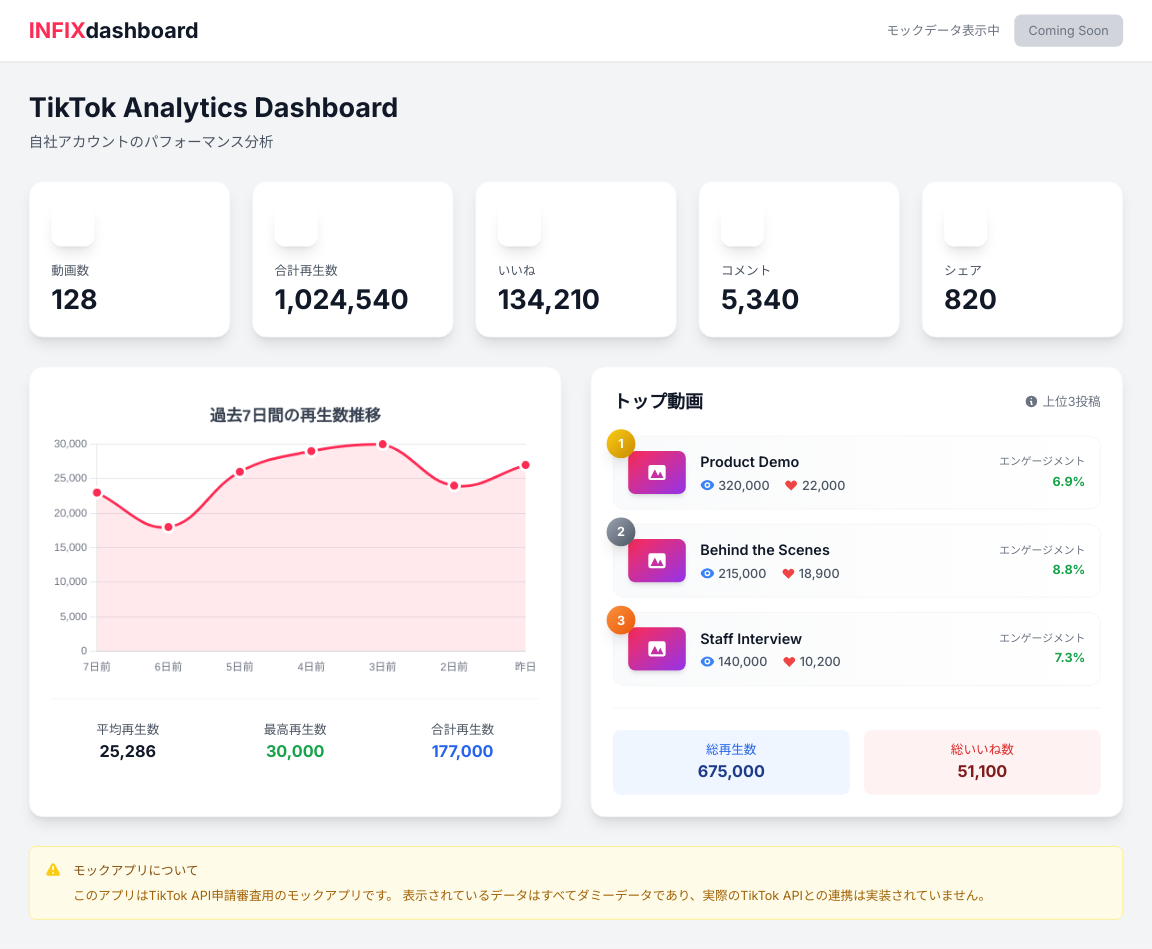
Repository: masayasusuzuki/LogicaMarketingTool
Page: /dashboard
The author's editor kept a copy of each file at every save. The page is drawn from the files as they stood at one save, then again after the next save.
The browser window is 1280 px wide. The pictures show the whole page, at 90% of full size.
The project was rebuilt for these pictures with package versions that can differ from the ones it lists, and the page was loaded fresh each time. The framework's server and built-in components were replaced by stand-ins that run in the browser. Also part of the build but not shown: next.config.js.

Above is the page before, as saved 2025-08-07 12:24:11.

After the next save:
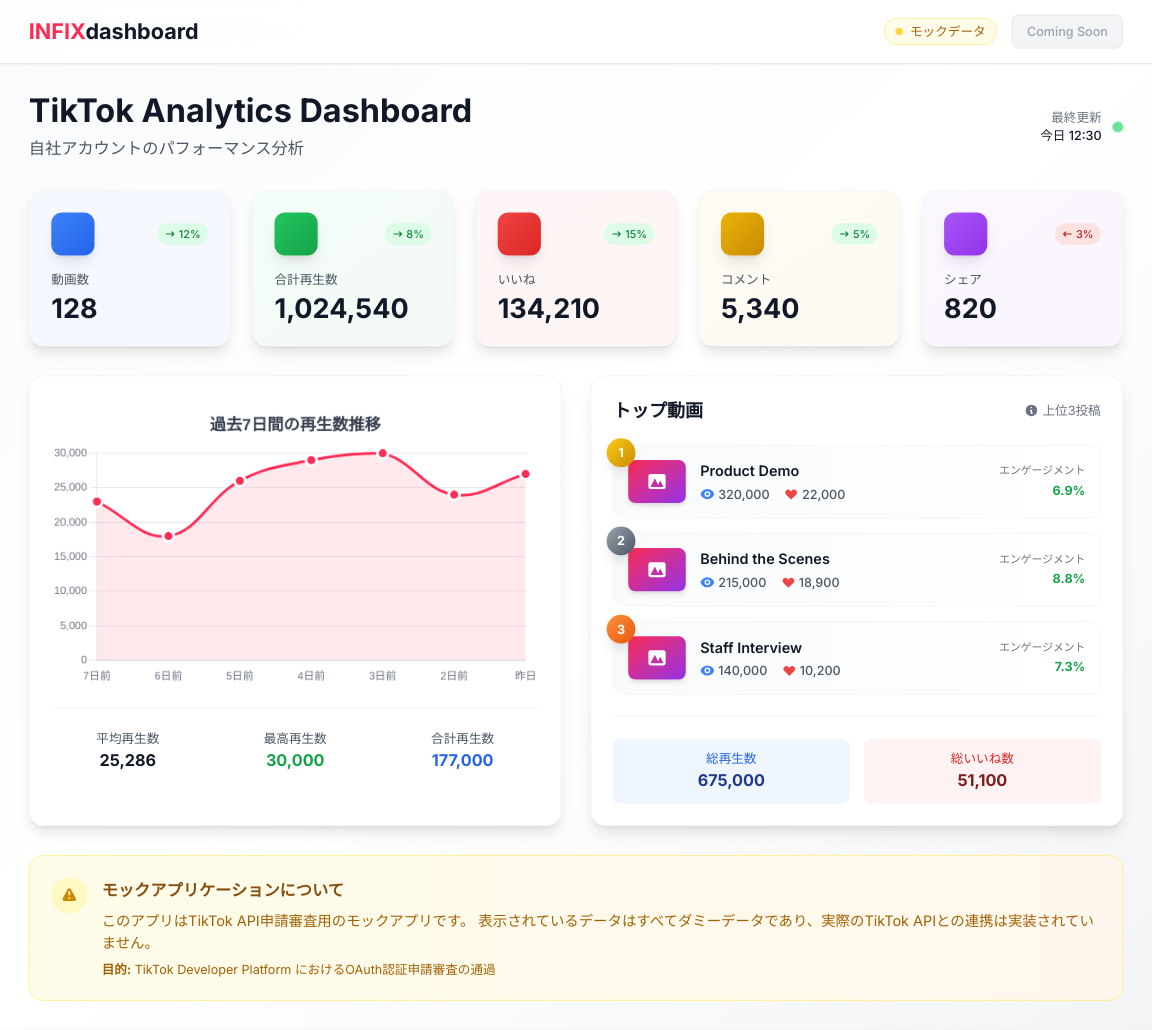
Saved 38 s later.
--- a/src/app/dashboard/page.tsx
+++ b/src/app/dashboard/page.tsx
@@ -8,22 +8,25 @@
 
 export default function Dashboard() {
   return (
-    <div className="min-h-screen bg-gray-100">
+    <div className="min-h-screen bg-gradient-to-br from-gray-50 via-white to-gray-100">
       {/* ヘッダー */}
-      <header className="bg-white shadow-sm border-b">
+      <header className="bg-white/80 backdrop-blur-md shadow-sm border-b border-gray-200 sticky top-0 z-50">
         <div className="max-w-7xl mx-auto px-4 sm:px-6 lg:px-8">
           <div className="flex justify-between items-center py-4">
             <div className="flex items-center">
-              <Link href="/" className="text-2xl font-bold">
+              <Link href="/" className="text-2xl font-bold hover:opacity-80 transition-opacity">
                 <span className="text-tiktok-pink">INFIX</span>
                 <span className="text-gray-900">dashboard</span>
               </Link>
             </div>
             <div className="flex items-center space-x-4">
-              <span className="text-sm text-gray-500">モックデータ表示中</span>
+              <div className="flex items-center px-3 py-1 bg-yellow-50 border border-yellow-200 rounded-full">
+                <div className="w-2 h-2 bg-yellow-400 rounded-full mr-2 animate-pulse"></div>
+                <span className="text-sm text-yellow-700 font-medium">モックデータ</span>
+              </div>
               <button
                 disabled
-                className="px-4 py-2 bg-gray-300 text-gray-500 rounded-lg cursor-not-allowed text-sm"
+                className="px-4 py-2 bg-gray-100 text-gray-400 rounded-lg cursor-not-allowed text-sm font-medium border border-gray-200"
               >
                 Coming Soon
               </button>
@@ -36,8 +39,19 @@
       <main className="max-w-7xl mx-auto px-4 sm:px-6 lg:px-8 py-8">
         {/* ページタイトル */}
         <div className="mb-8">
-          <h1 className="text-3xl font-bold text-gray-900">TikTok Analytics Dashboard</h1>
-          <p className="text-gray-600 mt-2">自社アカウントのパフォーマンス分析</p>
+          <div className="flex items-center justify-between">
+            <div>
+              <h1 className="text-4xl font-bold text-gray-900 mb-2">TikTok Analytics Dashboard</h1>
+              <p className="text-gray-600 text-lg">自社アカウントのパフォーマンス分析</p>
+            </div>
+            <div className="flex items-center space-x-3">
+              <div className="text-right">
+                <p className="text-sm text-gray-500">最終更新</p>
+                <p className="text-sm font-medium text-gray-900">今日 12:30</p>
+              </div>
+              <div className="w-3 h-3 bg-green-400 rounded-full animate-pulse"></div>
+            </div>
+          </div>
         </div>
 
         {/* KPIサマリーカード */}
@@ -50,7 +64,8 @@
                 <path fillRule="evenodd" d="M4 3a2 2 0 00-2 2v10a2 2 0 002 2h12a2 2 0 002-2V5a2 2 0 00-2-2H4zm12 12H4l4-8 3 6 2-4 3 6z" clipRule="evenodd"/>
               </svg>
             }
-            color="border-blue-500"
+            color="from-blue-500 to-blue-600"
+            trend={{ value: 12, isPositive: true }}
           />
           <KPICard
             title="合計再生数"
@@ -61,7 +76,8 @@
                 <path fillRule="evenodd" d="M.458 10C1.732 5.943 5.522 3 10 3s8.268 2.943 9.542 7c-1.274 4.057-5.064 7-9.542 7S1.732 14.057.458 10zM14 10a4 4 0 11-8 0 4 4 0 018 0z" clipRule="evenodd"/>
               </svg>
             }
-            color="border-green-500"
+            color="from-green-500 to-green-600"
+            trend={{ value: 8, isPositive: true }}
           />
           <KPICard
             title="いいね"
@@ -71,7 +87,8 @@
                 <path fillRule="evenodd" d="M3.172 5.172a4 4 0 015.656 0L10 6.343l1.172-1.171a4 4 0 115.656 5.656L10 17.657l-6.828-6.829a4 4 0 010-5.656z" clipRule="evenodd"/>
               </svg>
             }
-            color="border-red-500"
+            color="from-red-500 to-red-600"
+            trend={{ value: 15, isPositive: true }}
           />
           <KPICard
             title="コメント"
@@ -81,7 +98,8 @@
                 <path fillRule="evenodd" d="M18 10c0 3.866-3.582 7-8 7a8.841 8.841 0 01-4.083-.98L2 17l1.338-3.123C2.493 12.767 2 11.434 2 10c0-3.866 3.582-7 8-7s8 3.134 8 7zM7 9H5v2h2V9zm8 0h-2v2h2V9zM9 9h2v2H9V9z" clipRule="evenodd"/>
               </svg>
             }
-            color="border-yellow-500"
+            color="from-yellow-500 to-yellow-600"
+            trend={{ value: 5, isPositive: true }}
           />
           <KPICard
             title="シェア"
@@ -91,32 +109,38 @@
                 <path d="M15 8a3 3 0 10-2.977-2.63l-4.94 2.47a3 3 0 100 4.319l4.94 2.47a3 3 0 10.895-1.789l-4.94-2.47a3.027 3.027 0 000-.74l4.94-2.47C13.456 7.68 14.19 8 15 8z"/>
               </svg>
             }
-            color="border-purple-500"
+            color="from-purple-500 to-purple-600"
+            trend={{ value: 3, isPositive: false }}
           />
         </div>
 
         {/* グラフとトップ動画 */}
-        <div className="grid grid-cols-1 lg:grid-cols-2 gap-8">
+        <div className="grid grid-cols-1 lg:grid-cols-2 gap-8 mb-8">
           <ViewsChart dailyViews={mockTikTokData.daily_views} />
           <TopVideos videos={mockTikTokData.top_videos} />
         </div>
 
         {/* 注意書き */}
-        <div className="mt-8 p-4 bg-yellow-50 border border-yellow-200 rounded-lg">
-          <div className="flex">
+        <div className="bg-gradient-to-r from-yellow-50 to-orange-50 border border-yellow-200 rounded-2xl p-6">
+          <div className="flex items-start">
             <div className="flex-shrink-0">
-              <svg className="h-5 w-5 text-yellow-400" viewBox="0 0 20 20" fill="currentColor">
-                <path fillRule="evenodd" d="M8.257 3.099c.765-1.36 2.722-1.36 3.486 0l5.58 9.92c.75 1.334-.213 2.98-1.742 2.98H4.42c-1.53 0-2.493-1.646-1.743-2.98l5.58-9.92zM11 13a1 1 0 11-2 0 1 1 0 012 0zm-1-8a1 1 0 00-1 1v3a1 1 0 002 0V6a1 1 0 00-1-1z" clipRule="evenodd"/>
-              </svg>
+              <div className="w-10 h-10 bg-yellow-100 rounded-full flex items-center justify-center">
+                <svg className="w-5 h-5 text-yellow-600" fill="currentColor" viewBox="0 0 20 20">
+                  <path fillRule="evenodd" d="M8.257 3.099c.765-1.36 2.722-1.36 3.486 0l5.58 9.92c.75 1.334-.213 2.98-1.742 2.98H4.42c-1.53 0-2.493-1.646-1.743-2.98l5.58-9.92zM11 13a1 1 0 11-2 0 1 1 0 012 0zm-1-8a1 1 0 00-1 1v3a1 1 0 002 0V6a1 1 0 00-1-1z" clipRule="evenodd"/>
+                </svg>
+              </div>
             </div>
-            <div className="ml-3">
-              <h3 className="text-sm font-medium text-yellow-800">
-                モックアプリについて
+            <div className="ml-4">
+              <h3 className="text-lg font-semibold text-yellow-800 mb-2">
+                モックアプリケーションについて
               </h3>
-              <div className="mt-2 text-sm text-yellow-700">
-                <p>
+              <div className="text-yellow-700">
+                <p className="mb-2">
                   このアプリはTikTok API申請審査用のモックアプリです。
                   表示されているデータはすべてダミーデータであり、実際のTikTok APIとの連携は実装されていません。
+                </p>
+                <p className="text-sm">
+                  <strong>目的:</strong> TikTok Developer Platform におけるOAuth認証申請審査の通過
                 </p>
               </div>
             </div>
